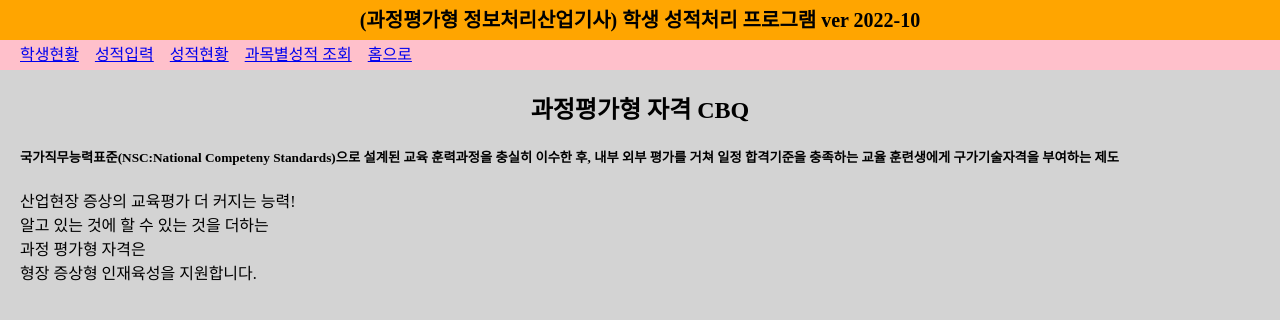
Repository: wjdwlgns1101/school_hrd
Page: http://localhost/school_30111/
The author's editor kept a copy of each file at every save. The page is drawn from the files as they stood at one save, then again after the next save.
The browser window is 1280 px wide. The pictures show the whole page.
The page is served by Tomcat 9.

Above is the page before, as saved 2024-04-29 07:09:23.

### hrd_30111_school2 완성/school_30111/src/main/webapp/index.jsp
<%@ page language="java" contentType="text/html; charset=EUC-KR"
    pageEncoding="EUC-KR"%>
<!DOCTYPE html>
<html>
<head>
<meta charset="EUC-KR">
<title>Insert title here</title>
</head>
<body>
<jsp:include page="header.jsp"></jsp:include>

<section style="position: fixed; background-color: lightgray; width: 100%; top: 70px; height: 100%; left: 0;">
	<h2 style="text-align: center;"><b>과정평가형 자격 CBQ</b></h2>
	<h5 style="padding-left: 20px"> 국가직무능력표준(NSC:National Competeny Standards)으로 설계된 교육 훈력과정을 충실히 이수한 후, 내부 외부 평가를 거쳐 일정 합격기준을 충족하는 교율 훈련생에게 구가기술자격을 부여하는 제도 </h5>
	<p style="padding-left: 20px">
	산업현장 증상의 교육평가 더 커지는 능력! <br>
	알고 있는 것에 할 수 있는 것을 더하는 <br>
	과정 평가형 자격은 <br>
	형장 증상형 인재육성을 지원합니다.

	</p>

</section>


<jsp:include page="footer.jsp"></jsp:include>
</body>
</html>

### hrd_30111_school2 완성/school_30111/src/main/webapp/header.jsp
<%@ page language="java" contentType="text/html; charset=EUC-KR"
    pageEncoding="EUC-KR"%>
<!DOCTYPE html>
<html>
<head>
<meta charset="EUC-KR">
<title>Insert title here</title>
</head>
<body>
<header style="position:fixed; width: 100%; top:0; height:40px; left:0; background: orange; text-align: center; line-height: 40px; font-size: 20px">
	<b> (과정평가형 정보처리산업기사) 학생 성적처리 프로그램 ver 2022-10 </b>
</header>
<nav style=" position:fixed; width: 100%; padding-left:20px; top: 40px; line-height:30px; left:0;  background: pink;">
	<a href="#">학생현황</a> &nbsp;&nbsp;
	<a href="#">성적입력</a> &nbsp;&nbsp;
	<a href="#">성적현황</a> &nbsp;&nbsp;
	<a href="#">과목별성적 조회</a> &nbsp;&nbsp;
	<a href="index.jsp">홈으로</a>
</nav>

</body>
</html>

### hrd_30111_school2 완성/school_30111/src/main/webapp/footer.jsp
<%@ page language="java" contentType="text/html; charset=EUC-KR"
    pageEncoding="EUC-KR"%>
<!DOCTYPE html>
<html>
<head>
<meta charset="EUC-KR">
<title>Insert title here</title>
</head>
<body>


</body>
</html>

After the next save:
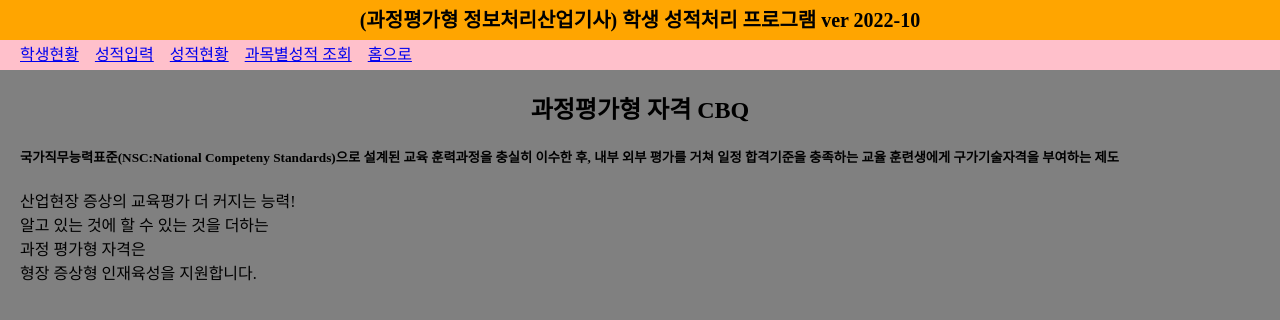
Saved 6 s later.
--- a/hrd_30111_school2 완성/school_30111/src/main/webapp/index.jsp
+++ b/hrd_30111_school2 완성/school_30111/src/main/webapp/index.jsp
@@ -9,7 +9,7 @@
 <body>
 <jsp:include page="header.jsp"></jsp:include>
 
-<section style="position: fixed; background-color: lightgray; width: 100%; top: 70px; height: 100%; left: 0;">
+<section style="position: fixed; background-color: gray; width: 100%; top: 70px; height: 100%; left: 0;">
 	<h2 style="text-align: center;"><b>과정평가형 자격 CBQ</b></h2>
 	<h5 style="padding-left: 20px"> 국가직무능력표준(NSC:National Competeny Standards)으로 설계된 교육 훈력과정을 충실히 이수한 후, 내부 외부 평가를 거쳐 일정 합격기준을 충족하는 교율 훈련생에게 구가기술자격을 부여하는 제도 </h5>
 	<p style="padding-left: 20px">
